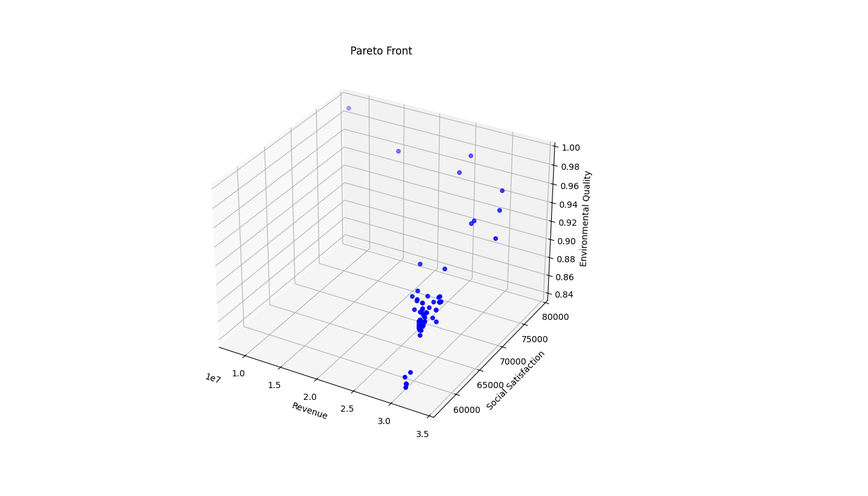
Repository: Kevinye0116/MCM
Script's output: python Coding/trial3.py
An editor plug-in stored every save of this project. The script's output is shown before and after the next save, followed by the edit.
The pictures are shown at 62% of full size.
Each picture stacks the figures in order, with grey between them; figures that are only written to a file come last. Figures wider than 1,400 px are first shrunk to that width. Random numbers start from a fixed seed.

Above is the script's output before, as saved 2025-01-25 21:49:30.
Error: NameError: name 'dCinfra' is not defined

### Coding/trial3.py
from typing import List, Tuple

import matplotlib.pyplot as plt
import numpy as np
from mpl_toolkits.mplot3d import Axes3D


class TourismOptimization:
    def __init__(self):
        # 模型系数
        self.k1 = 0.1  # 环保投资效率系数
        self.k2 = 0.05  # 碳排放影响系数
        self.k3 = 0.2  # 自然恢复系数
        self.k4 = 0.15  # 基础设施发展系数
        self.k5 = 0.3  # 基础设施投资系数
        self.k6 = 0.25  # 环保投资系数

        # 社会满意度参数
        self.a1 = 0.01  # 游客数量对居民满意度的影响系数
        self.a2 = 0.02  # 旅游税对游客满意度的影响系数
        self.a3 = 0.015  # 消费水平对游客满意度的影响系数
        self.b1 = 100  # 居民基础满意度
        self.b2 = 100  # 游客基础满意度

        # 发展参数
        self.gamma = 0.1  # 游客增长率
        self.delta = 0.05  # 环境影响因子

        # 约束条件上限
        self.Nt_max = 5000000  # 最大游客数量
        self.tau_max = 100  # 最大旅游税
        self.Pt_max = 10000  # 最大游客消费
        self.CO2_max = 500000  # 最大碳排放量
        self.E_min = 50  # 最小环境质量指数

        # 其他参数
        self.Ch = 1000  # 隐性成本
        self.CO2p = 0.5  # 人均碳排放量
        self.Rnature = 100  # 自然恢复能力基准值

        # 系统动态参数
        self.dt = 0.1  # 时间步长
        self.E = self.E_min  # 初始环境质量
        self.Cinfra = 1000  # 初始基础设施容量

        # 新增参数
        self.Cwater = 1000  # 水资源容量
        self.Cwaste = 1000  # 废物处理容量
        self.a4 = 0.01  # 游客数量对游客满意度的影响系数
        self.b3 = 10  # 废物处理基准增长率

    def calculate_revenue(self, x: np.ndarray) -> float:
        """计算总收入"""
        Nt, tau_t, Pt = x
        return Pt * Nt  # 简化为游客消费与数量的乘积

    def calculate_social_satisfaction(self, x: np.ndarray) -> float:
        """计算社会满意度"""
        Nt, tau_t, Pt = x
        # 居民满意度包含二次项
        S_residents = self.a1 * Nt * Nt + self.a2 * Nt + self.b1
        # 游客满意度新增游客数量影响
        S_tourists = self.a3 * Pt + self.a4 * Nt + self.b2
        # 加权平均
        return 0.5 * S_residents + 0.5 * S_tourists

    def calculate_environmental_quality(self, x: np.ndarray) -> float:
        """计算环境质量指数"""
        Nt, tau_t, Pt = x
        return (
            self.k1 * self.CO2p * Nt / self.CO2_max
            + self.k2 * Nt / self.Cinfra
            + self.k3 * Nt / self.Cwater
        )

    def calculate_dCwaste_dt(self, x: np.ndarray) -> float:
        """计算废物处理容量的变化率 dCwaste/dt"""
        Nt, tau_t, Pt = x
        Pb = self.k5 * tau_t * Nt  # 基础设施投资
        return self.k4 * Pb + self.b3

    def calculate_next_Nt(self, x: np.ndarray, E: float) -> float:
        """计算下一时刻的游客数量"""
        Nt, tau_t, Pt = x
        Stourists = -self.a2 * tau_t - self.a3 * Pt + self.b2
        return Nt * (1 + self.gamma * Stourists / 100) - self.delta * (self.E_min - E)

    def constraints(self, x: np.ndarray) -> List[float]:
        """检查所有约束条件"""
        Nt, tau_t, Pt = x
        return [
            self.Nt_max - Nt,  # 游客数量上限约束
            self.tau_max - tau_t,  # 旅游税上限约束
            self.Pt_max - Pt,  # 消费上限约束
            self.CO2_max - Nt * self.CO2p,  # 碳排放约束
            -self.a1 * Nt + self.b1 - 60,  # 居民满意度最低要求
            Nt,  # 游客数量非负
            tau_t,  # 旅游税非负
            Pt,  # 消费非负
        ]

    def is_feasible(self, x: np.ndarray) -> bool:
        """检查解是否满足所有约束条件"""
        return all(c >= 0 for c in self.constraints(x))

    def dominates(
        self, obj1: Tuple[float, float, float], obj2: Tuple[float, float, float]
    ) -> bool:
        """检查obj1是否支配obj2"""
        return all(o1 >= o2 for o1, o2 in zip(obj1, obj2)) and any(
            o1 > o2 for o1, o2 in zip(obj1, obj2)
        )

    def crossover_and_mutate(
        self, parent1: np.ndarray, parent2: np.ndarray
    ) -> np.ndarray:
        """进行交叉和变异操作"""
        # 算术交叉
        alpha = np.random.random()
        child = alpha * parent1 + (1 - alpha) * parent2

        # 变异
        mutation_rate = 0.1
        if np.random.random() < mutation_rate:
            mutation_strength = 0.1
            child += np.random.normal(0, mutation_strength, size=3)

        # 确保在约束范围内
        child[0] = np.clip(child[0], 0, self.Nt_max)
        child[1] = np.clip(child[1], 0, self.tau_max)
        child[2] = np.clip(child[2], 0, self.Pt_max)

        return child

    def pareto_optimization(
        self, population_size: int = 100, generations: int = 50
    ) -> List[np.ndarray]:
        """执行帕累托优化"""
        # 初始化种群
        population = []
        while len(population) < population_size:
            x = np.array(
                [
                    np.random.uniform(0, self.Nt_max),
                    np.random.uniform(0, self.tau_max),
                    np.random.uniform(0, self.Pt_max),
                ]
            )
            if self.is_feasible(x):
                population.append(x)

        pareto_front = []
        for generation in range(generations):
            # 评估当前种群的目标函数值
            objectives = []
            for solution in population:
                if self.is_feasible(solution):
                    obj1 = self.calculate_revenue(solution)
                    obj2 = self.calculate_social_satisfaction(solution)
                    obj3 = self.calculate_environmental_quality(solution)
                    objectives.append((obj1, obj2, obj3))
                else:
                    objectives.append((-np.inf, -np.inf, -np.inf))

            # 更新帕累托前沿
            for i, solution in enumerate(population):
                if not self.is_feasible(solution):
                    continue
                dominated = False
                for j, other_solution in enumerate(population):
                    if (
                        i != j
                        and self.is_feasible(other_solution)
                        and self.dominates(objectives[j], objectives[i])
                    ):
                        dominated = True
                        break
                if not dominated:
                    pareto_front.append(solution)

            # 生成新种群
            new_population = []
            while len(new_population) < population_size:
                # 锦标赛选择
                tournament = np.random.choice(len(population), 2, replace=False)
                if objectives[tournament[0]][0] > objectives[tournament[1]][0]:
                    parent1 = population[tournament[0]]
                else:
                    parent1 = population[tournament[1]]

                tournament = np.random.choice(len(population), 2, replace=False)
                if objectives[tournament[0]][1] > objectives[tournament[1]][1]:
                    parent2 = population[tournament[0]]
                else:
                    parent2 = population[tournament[1]]

                # 交叉和变异
                child = self.crossover_and_mutate(parent1, parent2)
                if self.is_feasible(child):
                    new_population.append(child)

            population = new_population

        # 移除重复解
        pareto_front = np.unique(pareto_front, axis=0)
        return pareto_front

    def simulate_system(self, x: np.ndarray, time_steps: int = 10) -> List[dict]:
        """模拟系统动态变化"""
        history = []
        current_x = x.copy()
        current_Cinfra = self.Cinfra
        current_Cwaste = self.Cwaste

        for t in range(time_steps):
            # 直接计算环境质量，而不是通过变化率
            current_E = self.calculate_environmental_quality(current_x)

            state = {
                "t": t * self.dt,
                "Nt": current_x[0],
                "tau_t": current_x[1],
                "Pt": current_x[2],
                "E": current_E,
                "Cinfra": current_Cinfra,
                "Cwaste": current_Cwaste,
                "Revenue": self.calculate_revenue(current_x),
                "Satisfaction": self.calculate_social_satisfaction(current_x),
            }
            history.append(state)

            # 计算其他状态变量的变化率
            dCwaste = self.calculate_dCwaste_dt(current_x) * self.dt

            # 更新状态变量
            current_Cinfra += dCinfra
            current_Cwaste += dCwaste
            next_Nt = self.calculate_next_Nt(current_x, current_E)
            current_x[0] = np.clip(next_Nt, 0, self.Nt_max)

        return history

    def visualize_pareto_front(self, pareto_front: List[np.ndarray]):
        """可视化帕累托前沿"""
        if len(pareto_front) == 0:
            print("No feasible solutions found!")
            return

        objectives = np.array(
            [
                [
                    self.calculate_revenue(x),
                    self.calculate_social_satisfaction(x),
                    self.calculate_environmental_quality(x),
                ]
                for x in pareto_front
            ]
        )

        fig = plt.figure(figsize=(12, 8))
        ax = fig.add_subplot(111, projection="3d")

        scatter = ax.scatter(
            objectives[:, 0], objectives[:, 1], objectives[:, 2], c="b", marker="o"
        )

        ax.set_xlabel("Revenue")
        ax.set_ylabel("Social Satisfaction")
        ax.set_zlabel("Environmental Quality")
        ax.set_title("Pareto Front")

        plt.show()

    def plot_simulation_results(self, history: List[dict]):
        """绘制模拟结果"""
        t = [state["t"] for state in history]
        Nt = [state["Nt"] for state in history]
        E = [state["E"] for state in history]
        Cinfra = [state["Cinfra"] for state in history]
        Cwaste = [state["Cwaste"] for state in history]  # 新增废物处理容量数据
        Revenue = [state["Revenue"] for state in history]
        Satisfaction = [state["Satisfaction"] for state in history]

        fig, axes = plt.subplots(3, 2, figsize=(15, 15))  # 增加图表数量

        # 游客数量变化
        axes[0, 0].plot(t, Nt)
        axes[0, 0].set_title("Tourist Numbers")
        axes[0, 0].set_xlabel("Time")
        axes[0, 0].set_ylabel("Nt")

        # 环境质量变化
        axes[0, 1].plot(t, E)
        axes[0, 1].set_title("Environmental Quality")
        axes[0, 1].set_xlabel("Time")
        axes[0, 1].set_ylabel("E")

        # 基础设施容量变化
        axes[1, 0].plot(t, Cinfra)
        axes[1, 0].set_title("Infrastructure Capacity")
        axes[1, 0].set_xlabel("Time")
        axes[1, 0].set_ylabel("Cinfra")

        # 废物处理容量变化
        axes[2, 0].plot(t, Cwaste)
        axes[2, 0].set_title("Waste Treatment Capacity")
        axes[2, 0].set_xlabel("Time")
        axes[2, 0].set_ylabel("Cwaste")

        # 收入和满意度变化
        ax2 = axes[1, 1].twinx()
        (l1,) = axes[1, 1].plot(t, Revenue, "b-", label="Revenue")
        (l2,) = ax2.plot(t, Satisfaction, "r-", label="Satisfaction")
        axes[1, 1].set_xlabel("Time")
        axes[1, 1].set_ylabel("Revenue", color="b")
        ax2.set_ylabel("Satisfaction", color="r")
        axes[1, 1].legend(handles=[l1, l2])

        plt.tight_layout()
        plt.show()


def main():
    # 设置随机种子以保证结果可重复
    np.random.seed(42)

    # 创建优化器实例
    optimizer = TourismOptimization()

    # 执行帕累托优化
    print("正在进行帕累托优化...")
    pareto_front = optimizer.pareto_optimization(population_size=100, generations=50)

    # 可视化帕累托前沿
    print(f"找到 {len(pareto_front)} 个帕累托最优解")
    optimizer.visualize_pareto_front(pareto_front)

    # 选择一个示例解进行系统动态模拟
    if len(pareto_front) > 0:
        # 选择收入最高的解作为示例
        example_solution = max(
            pareto_front, key=lambda x: optimizer.calculate_revenue(x)
        )

        print("\n选定的示例解：")
        print(f"游客数量: {example_solution[0]:.0f}")
        print(f"旅游税: {example_solution[1]:.2f}")
        print(f"游客消费: {example_solution[2]:.2f}")
        print(f"预期收入: {optimizer.calculate_revenue(example_solution):.2f}")
        print(
            f"社会满意度: {optimizer.calculate_social_satisfaction(example_solution):.2f}"
        )
        print(
            f"环境质量: {optimizer.calculate_environmental_quality(example_solution):.2f}"
        )

        # 模拟系统动态变化
        print("\n正在模拟系统动态变化...")
        history = optimizer.simulate_system(example_solution, time_steps=50)

        # 可视化模拟结果
        optimizer.plot_simulation_results(history)
    else:
        print("未找到可行解！")


if __name__ == "__main__":
    main()

After the next save:
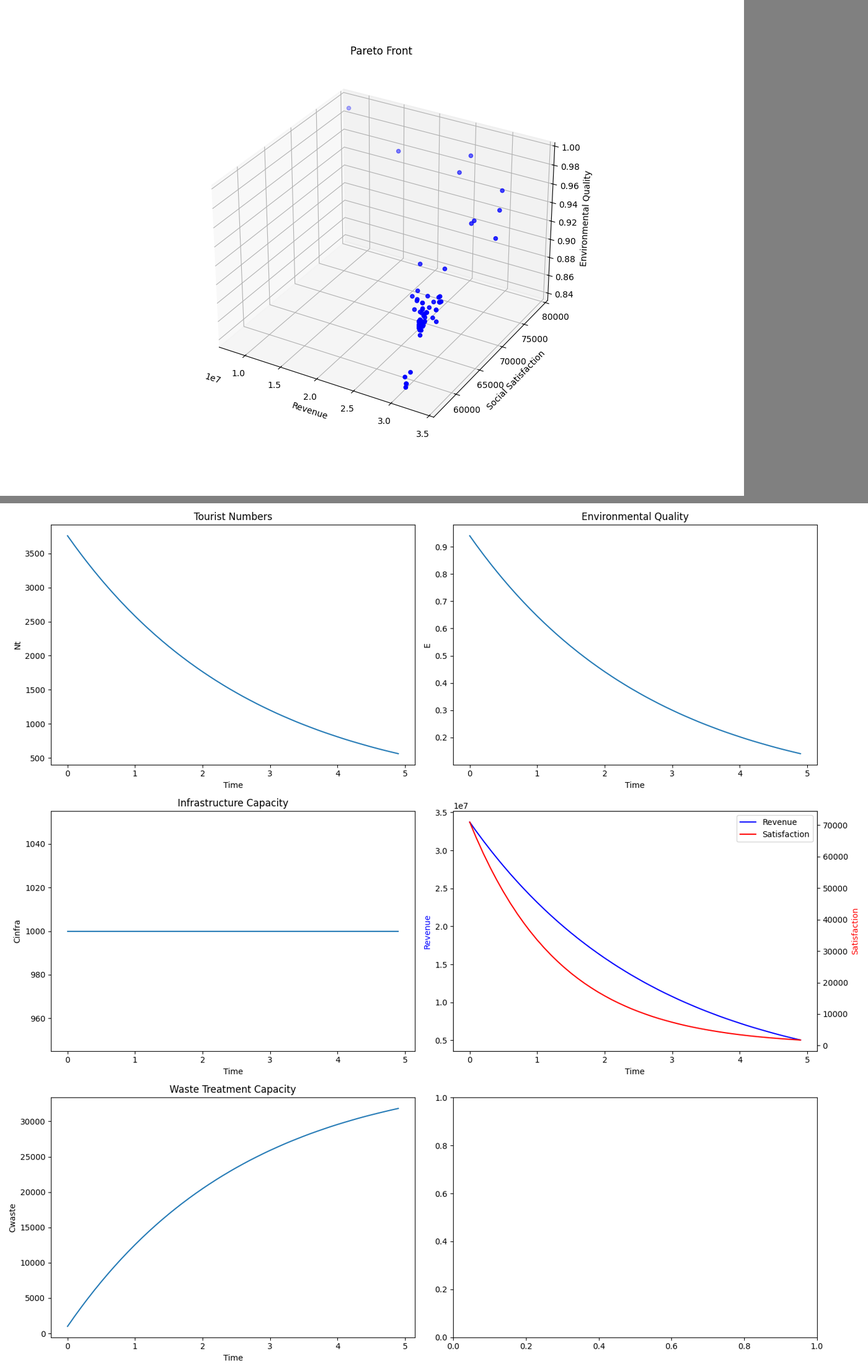
The error is gone.
Saved 50 s later.
--- a/Coding/trial3.py
+++ b/Coding/trial3.py
@@ -233,7 +233,6 @@ class TourismOptimization:
             dCwaste = self.calculate_dCwaste_dt(current_x) * self.dt
 
             # 更新状态变量
-            current_Cinfra += dCinfra
             current_Cwaste += dCwaste
             next_Nt = self.calculate_next_Nt(current_x, current_E)
             current_x[0] = np.clip(next_Nt, 0, self.Nt_max)
